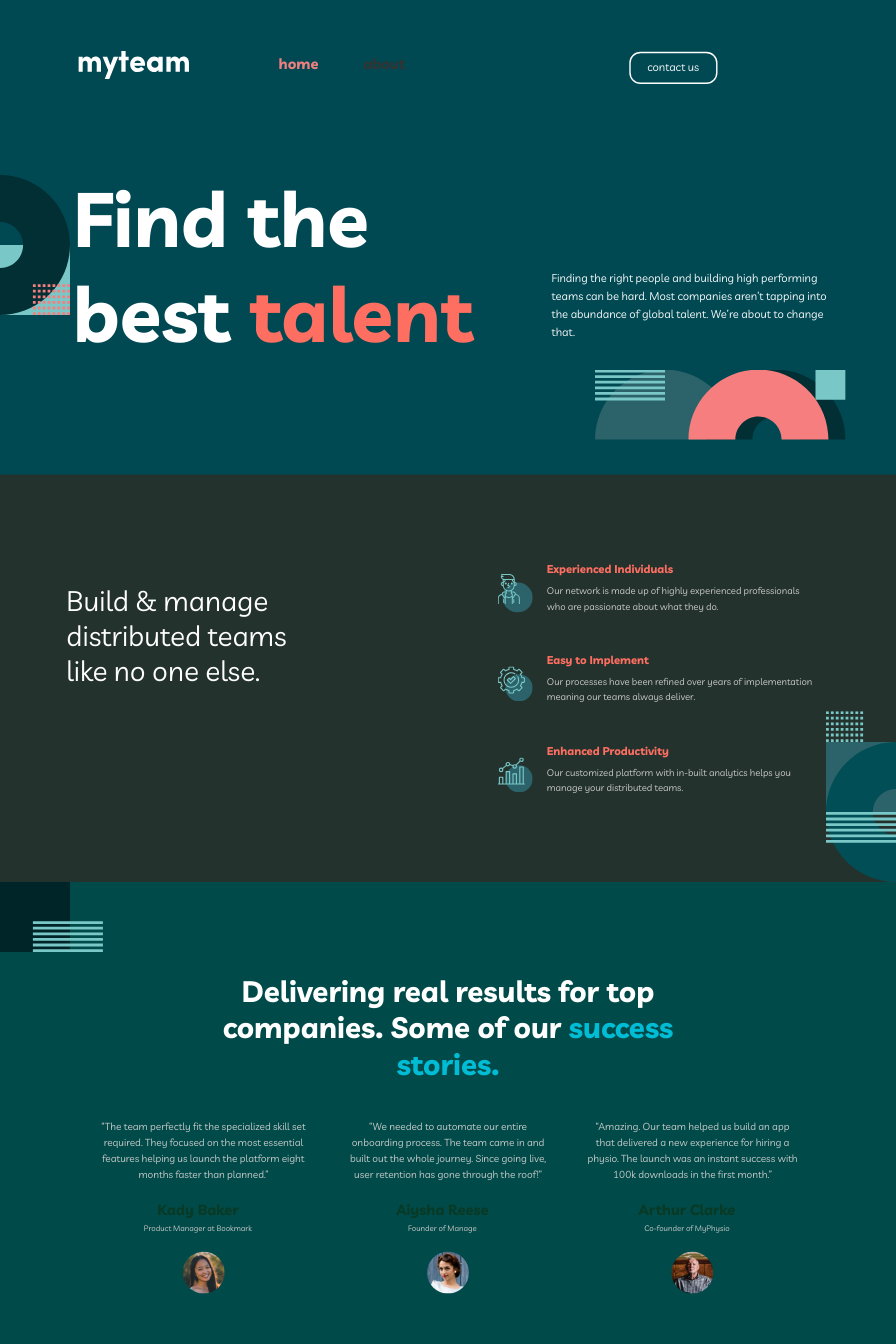
Repository: Gabriel221-dev/Project-page-main
Page: /
These files come from the project's save history. The page is drawn as it stood at one moment and after the next save; the edit follows.
The browser window is 1280 px wide. The pictures show the part of the page from y = 0 to 1920 px (the page is 2612 px tall), at 70% of full size.
The project was rebuilt for these pictures with package versions that can differ from the ones it lists, and the page was loaded fresh each time. Also part of the build but not shown: vite.config.js, src/pages/About.css, src/components/DirectorCard.css, src/components/DirectorCard.jsx, src/pages/About.jsx, src/pages/Contact.css, src/pages/Contact.jsx.

Above is the page before, as saved 2024-07-23 18:31:55.

After the next save:
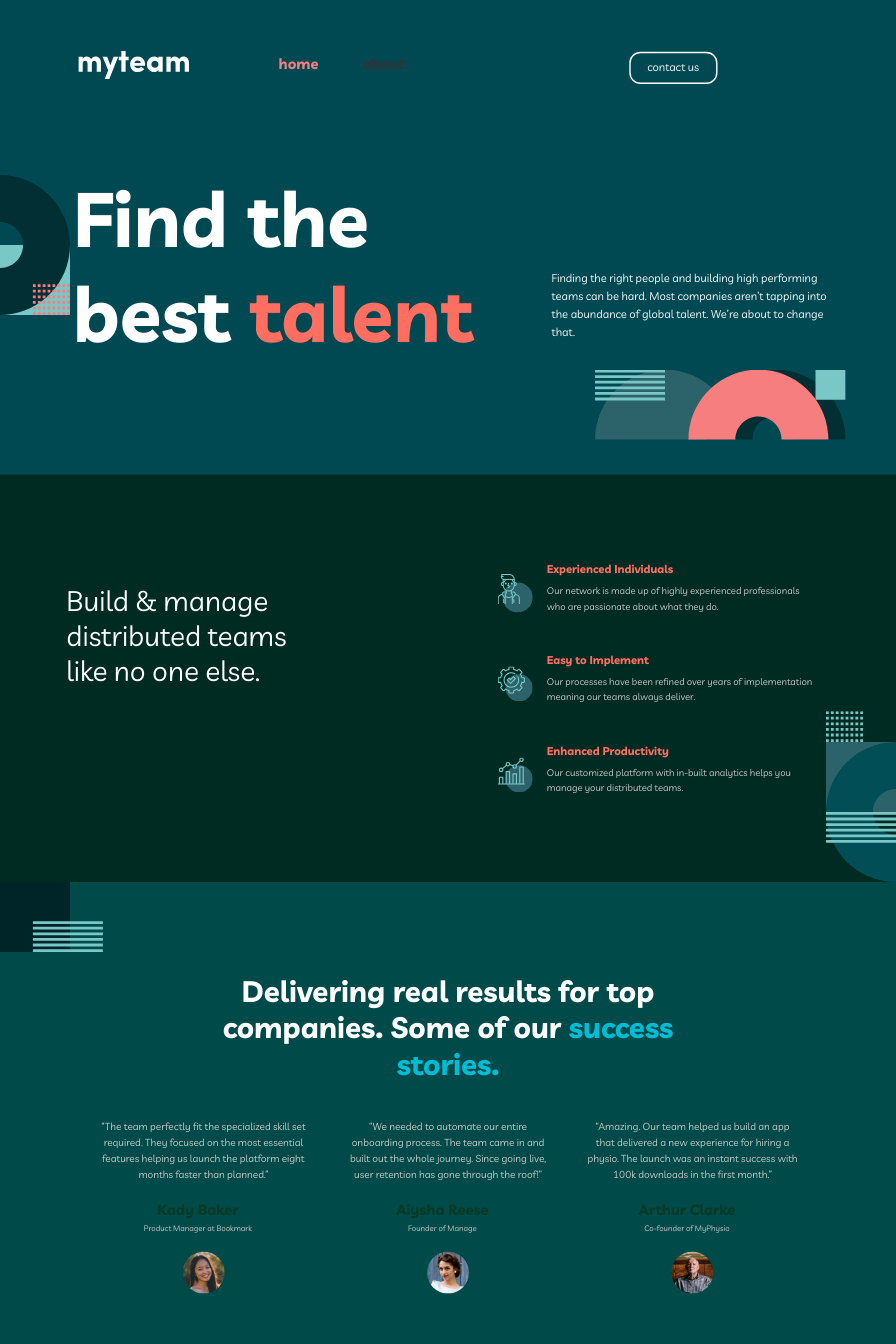
Saved 41 s later.
--- a/src/pages/Home.css
+++ b/src/pages/Home.css
@@ -86,7 +86,7 @@
   }
 
   .build {
-    background-color: #24322e;
+    background-color: #002b22;
     padding: 50px 0;
     display: flex;
     height: 100%;
